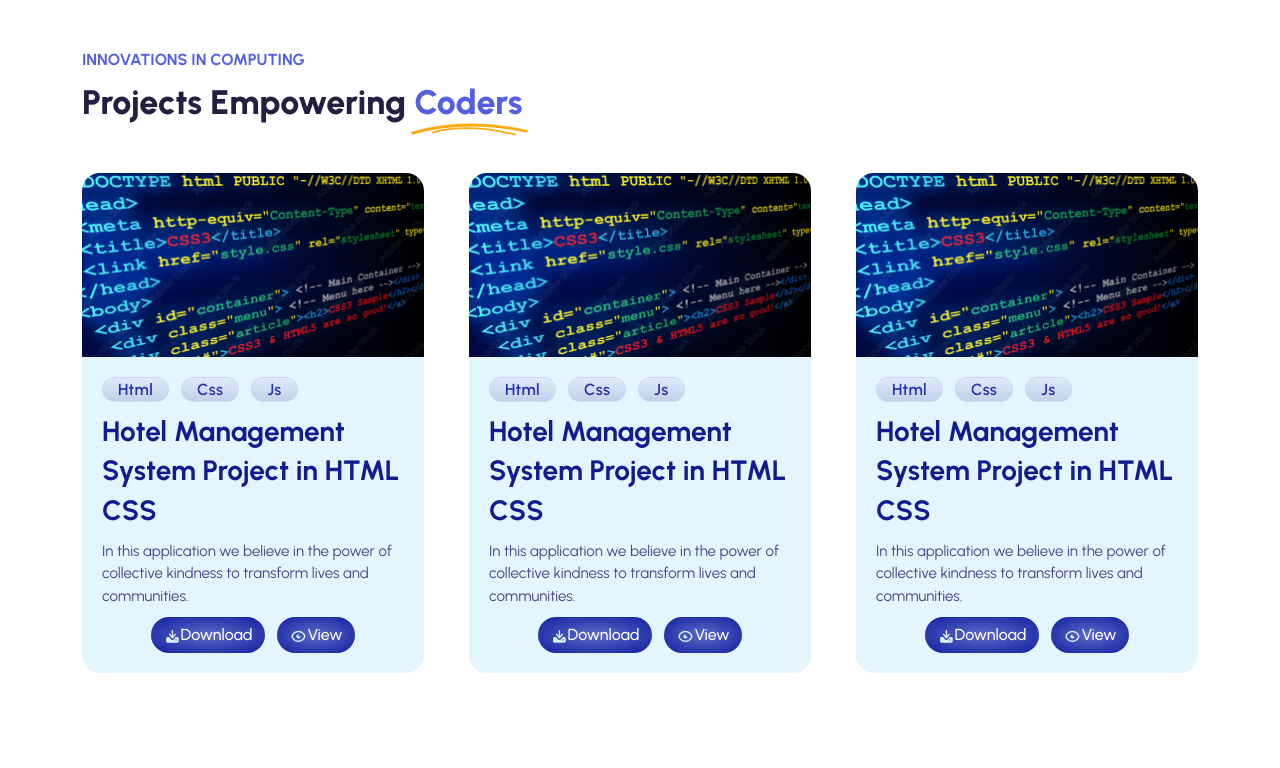
Repository: sharma171/jtccreativeideas
Page: /newsection (app in nextjssite/)
The author's editor kept a copy of each file at every save. The page is drawn from the files as they stood at one save, then again after the next save.
The browser window is 1280 px wide. The pictures show the whole page.
The project was rebuilt for these pictures with package versions that can differ from the ones it lists, and the page was loaded fresh each time. The framework's server and built-in components were replaced by stand-ins that run in the browser. Also part of the build but not shown: nextjssite/next.config.mjs.

Above is the page before, as saved 2024-03-28 14:59:22.

### nextjssite/src/app/layout.js
// import { Inter } from "next/font/google";
// import "./globals.css";
import 'bootstrap/dist/css/bootstrap.min.css';

// const inter = Inter({ subsets: ["latin"] });

export const metadata = {
  title: "Create Next App",
  description: "Generated by create next app",
};

 const RootLayout = ({ children }) => {
  return (
    <html lang="en">
      <body>
        {/* Layout UI */}
        <main>{children}</main>
      </body>
    </html>
  )
}
export default RootLayout;

### nextjssite/src/app/newsection/page.jsx
import React from 'react'
import "./page.css"
import Headicon from "./after-head-icon.svg"
import Image from 'next/image'
import Link from 'next/link'
import Projimg1 from './images/projsection1.png'
import Projimg2 from './images/projsection2.png'
import Projimg3 from './images/projsection3.png'
import Downloadicon from './images/Download-icon.svg'
import Viewicon from './images/view-icon.svg'
const Page = () => {
    return(
        <>
        <section className="projects">
            <div className="container">
                <div className="col-flex main-head">
                    <h5 className="small-head">Innovations in Computing</h5>
                    <h3 className="bghead">Projects Empowering <span>Coders
                        <Image src={Headicon}></Image></span></h3>
                </div>
                <ul className="project-cards">
                    <li>

                        <div className="card-inner">
                            <Image src={Projimg1} alt="project" className="thumb"></Image>
                            <div className="info">
                                <div className="tech-info">
                                    <span>Html</span>
                                    <span>Css</span>
                                    <span>Js</span>
                                </div>
                                <Link href="/newsection" className="text-link">
                                    <h3 className="heading">
                                        Hotel Management System Project in HTML CSS
                                    </h3>
                                </Link>
                                <p className="cardpara">
                                    In this application we believe in the power of collective kindness to transform lives and communities.
                                </p>
                                <div className="card-button">
                                    <a href="" className="bot-button">
                                        <Image src={Downloadicon} alt='icon'></Image>
                                        Download
                                    </a>
                                    <a href="" className="bot-button">
                                        <Image src={Viewicon} alt='icon'></Image>
                                        View
                                    </a>
                                </div>
                            </div>
                        </div>
                    </li>
                    <li>

                            <div className="card-inner">
                                <Image src={Projimg1} alt="project" className="thumb"></Image>
                                <div className="info">
                                    <div className="tech-info">
                                        <span>Html</span>
                                        <span>Css</span>
                                        <span>Js</span>
                                    </div>
                                    <Link href="/newsection" className="text-link">
                                        <h3 className="heading">
                                            Hotel Management System Project in HTML CSS
                                        </h3>
                                    </Link>
                                    <p className="cardpara">
                                        In this application we believe in the power of collective kindness to transform lives and communities.
                                    </p>
                                    <div className="card-button">
                                        <a href="" className="bot-button">
                                            <Image src={Downloadicon} alt='icon'></Image>
                                            Download
                                        </a>
                                        <a href="" className="bot-button">
                                            <Image src={Viewicon} alt='icon'></Image>
                                            View
                                        </a>
                                    </div>
                                </div>
                            </div>
                    </li>
                    <li>

                            <div className="card-inner">
                                <Image src={Projimg1} alt="project" className="thumb"></Image>
                                <div className="info">
                                    <div className="tech-info">
                                        <span>Html</span>
                                        <span>Css</span>
                                        <span>Js</span>
                                    </div>
                                    <Link href="/newsection" className="text-link">
                                        <h3 className="heading">
                                            Hotel Management System Project in HTML CSS
                                        </h3>
                                    </Link>
                                    <p className="cardpara">
                                        In this application we believe in the power of collective kindness to transform lives and communities.
                                    </p>
                                    <div className="card-button">
                                        <a href="" className="bot-button">
                                            <Image src={Downloadicon} alt='icon'></Image>
                                            Download
                                        </a>
                                        <a href="" className="bot-button">
                                            <Image src={Viewicon} alt='icon'></Image>
                                            View
                                        </a>
                                    </div>
                                </div>
                            </div>
                    </li>
                </ul>
            </div>
        </section>
        </>
    )
}
export default Page;

### nextjssite/src/app/newsection/page.css
@import url('https://fonts.googleapis.com/css2?family=Urbanist:ital,wght@0,100..900;1,100..900&display=swap');
* {
    font-family: 'Urbanist', sans-serif;
    font-optical-sizing: auto;
}

section.projects {
    padding: 50px 0;
}
.main-head .small-head {
    color: #525fe1;
    font-size: 16px;
    font-weight: 700;
    text-transform: uppercase;
}
.main-head .bghead {
    color: #231f40;
    font-size: 34px;
    line-height: 1.5em;
    font-weight: 800;
}
.main-head .bghead span {
    color: #525fe1;
    position: relative;
}
.main-head .bghead span img {
    position: absolute;
    top: 100%;
    left: -5.9999999999999964px;
    width: 122.29999999999994px;
    height: 12.600000000000012px;
}
.project-cards {
    padding: 0;
    margin: 45px 0;
    list-style: none;
    display: flex;
    flex-direction: row;
    gap: 45px;
}
.project-cards li {
    width: calc(33.33333333333333% - 30px);
    border-radius: 18px;
    background: #E3F5FF;
}
.project-cards li .card-inner {
    display: flex;
    flex-direction: column;
    width: 100%;
    border-top-left-radius: 18px;
    border-top-right-radius: 18px;
}
.project-cards li .card-inner .thumb {
    width: 100%;
    max-width: 100%;
    height: auto;
    object-fit: cover;
    border-top-left-radius: 18px;
    border-top-right-radius: 18px;
}
.project-cards li .card-inner .info {
    padding: 20px 20px;
    display: flex;
    flex-direction: column;
    gap: 10px;
}

.project-cards li .card-inner .info .tech-info {
    display: flex;
    flex-direction: row;
    align-items: center;
    gap: 12px;
}
.project-cards li .card-inner .info .tech-info span {
    height: 25px;
    font-size: 16px;
    color: #222FB0;
    padding: 0 15px;
    font-weight: 600;
    letter-spacing: 0.3px;
    line-height: 16px;
    background: linear-gradient(181deg, #d2d7f152, #C0D0E7);
    align-content: center;
    border-radius: 19px;
    border: 1px solid #ccd3fbc2;
}
.project-cards li .card-inner .info .text-link {
    text-decoration: none;
}
.project-cards li .card-inner .info .heading {
    font-style: 24px;
    line-height: 1.4em;
    font-weight: 700;
    color: #111D8F;
    margin: 0;
}
.project-cards li .card-inner .info .cardpara {
    font-size: 15px;
    line-height: 1.5em;
    font-weight: 400;
    color: #444487;
    margin: 0;
}
.project-cards li .card-inner .info .card-button {
    display: flex;
    flex-direction: row;
    align-items: center;
    justify-content: center;
    gap: 12px;
}
.project-cards li .card-inner .info .card-button .bot-button {
    background: radial-gradient(#5C6AC8, #121F9F);
    padding: 6px 13px;
    font-size: 16px;
    line-height: 1.5em;
    align-content: center;
    border-radius: 20px;
    text-decoration: none;
    color: #fff;
    font-weight: 500;
}

After the next save:
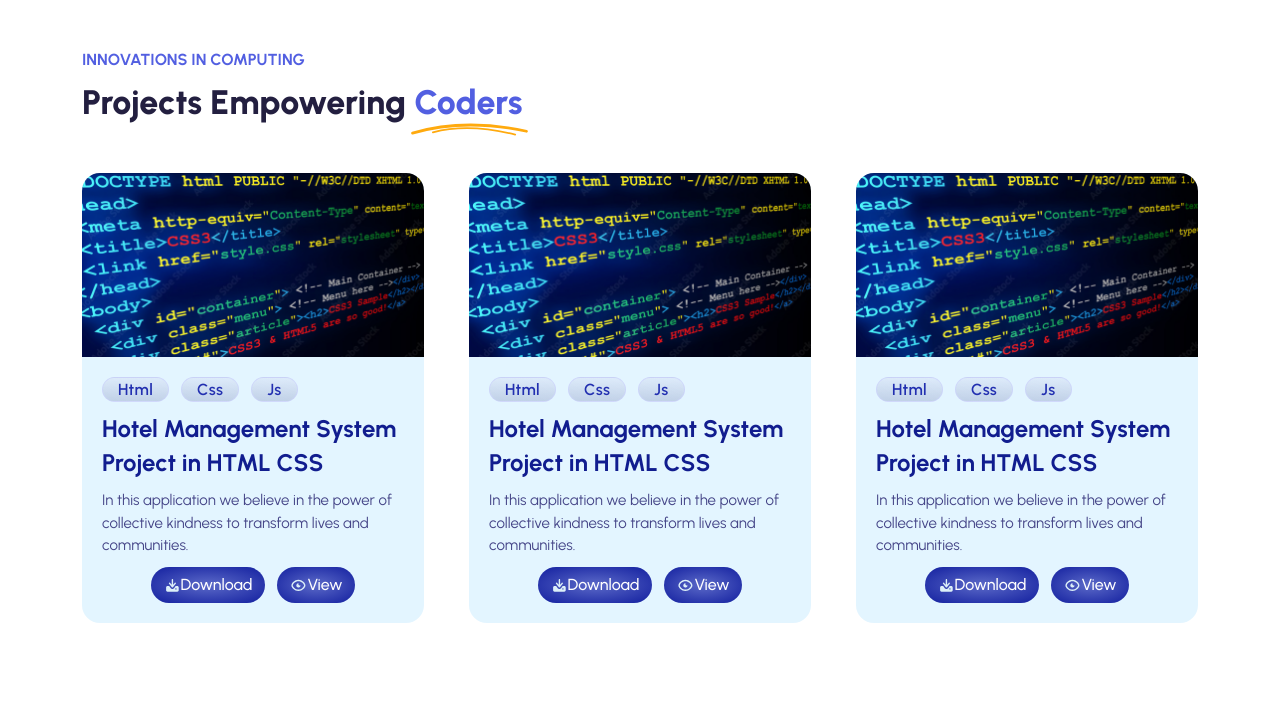
Saved 42 s later.
--- a/nextjssite/src/app/newsection/page.css
+++ b/nextjssite/src/app/newsection/page.css
@@ -88,7 +88,7 @@ section.projects {
     text-decoration: none;
 }
 .project-cards li .card-inner .info .heading {
-    font-style: 24px;
+    font-size: 24px;
     line-height: 1.4em;
     font-weight: 700;
     color: #111D8F;
